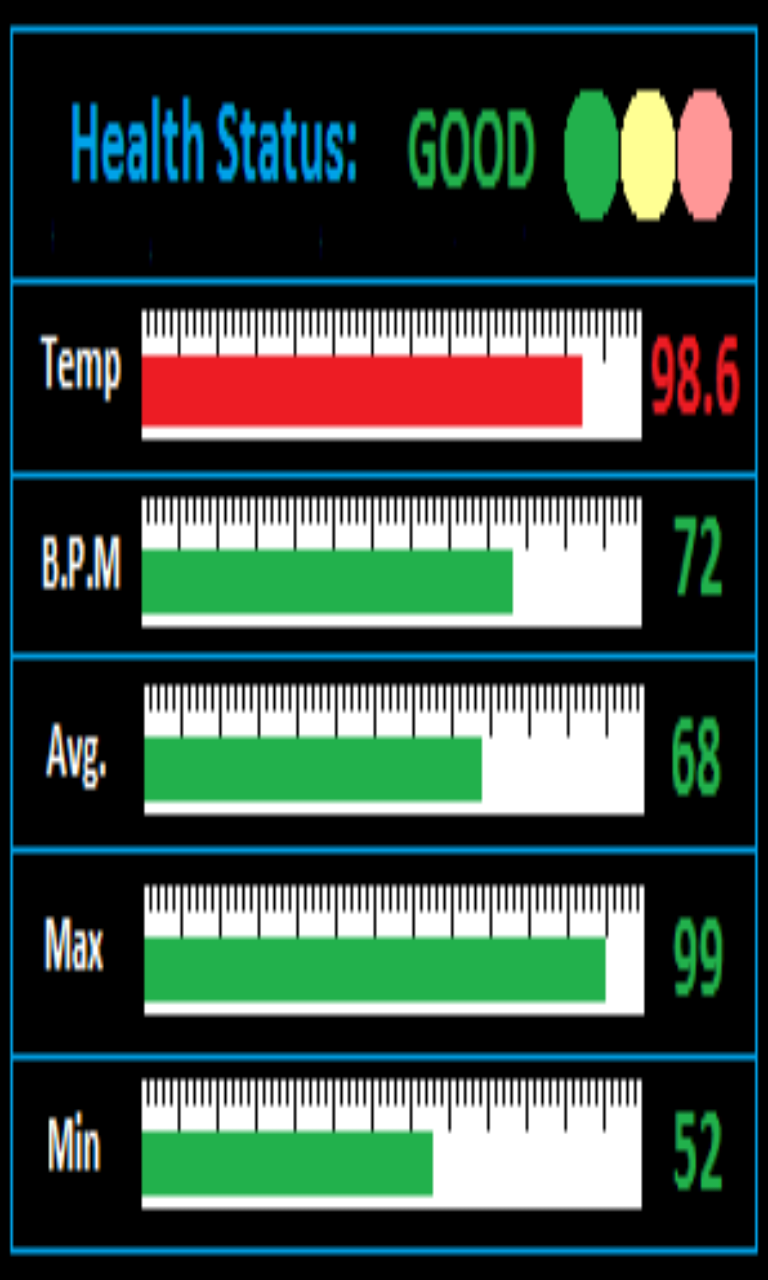
Repository: sjbrown4/BAN
Layout: HeartApp/HealthMonitor/res/layout/activity_main.xml
These files come from the project's save history. The layout is drawn as it stood at one moment and after the next save; the edit follows.
It is drawn on a 768 x 1280 px phone screen (xhdpi) without system bars, with theme AppTheme; the app's code is not run.

Above is the layout before, as saved 2014-10-20 01:47:55.

### HeartApp/HealthMonitor/res/layout/activity_main.xml
<RelativeLayout xmlns:android="http://schemas.android.com/apk/res/android"
    xmlns:tools="http://schemas.android.com/tools"
    android:background="@drawable/background"
    android:layout_width="match_parent"
    android:layout_height="match_parent"
    android:paddingBottom="@dimen/activity_vertical_margin"
    android:paddingLeft="@dimen/activity_horizontal_margin"
    android:paddingRight="@dimen/activity_horizontal_margin"
    android:paddingTop="@dimen/activity_vertical_margin"
    tools:context="com.Titan.healthmonitor.MainActivity">
</RelativeLayout>

Loaded but not shown: HeartApp/HealthMonitor/res/values/styles.xml (common file); HeartApp/HealthMonitor/res/values-v11/styles.xml (common file); HeartApp/HealthMonitor/res/values-v14/styles.xml (common file); HeartApp/HealthMonitor/res/values/dimens.xml (common file); HeartApp/HealthMonitor/res/values-w820dp/dimens.xml (common file)

After the next save:
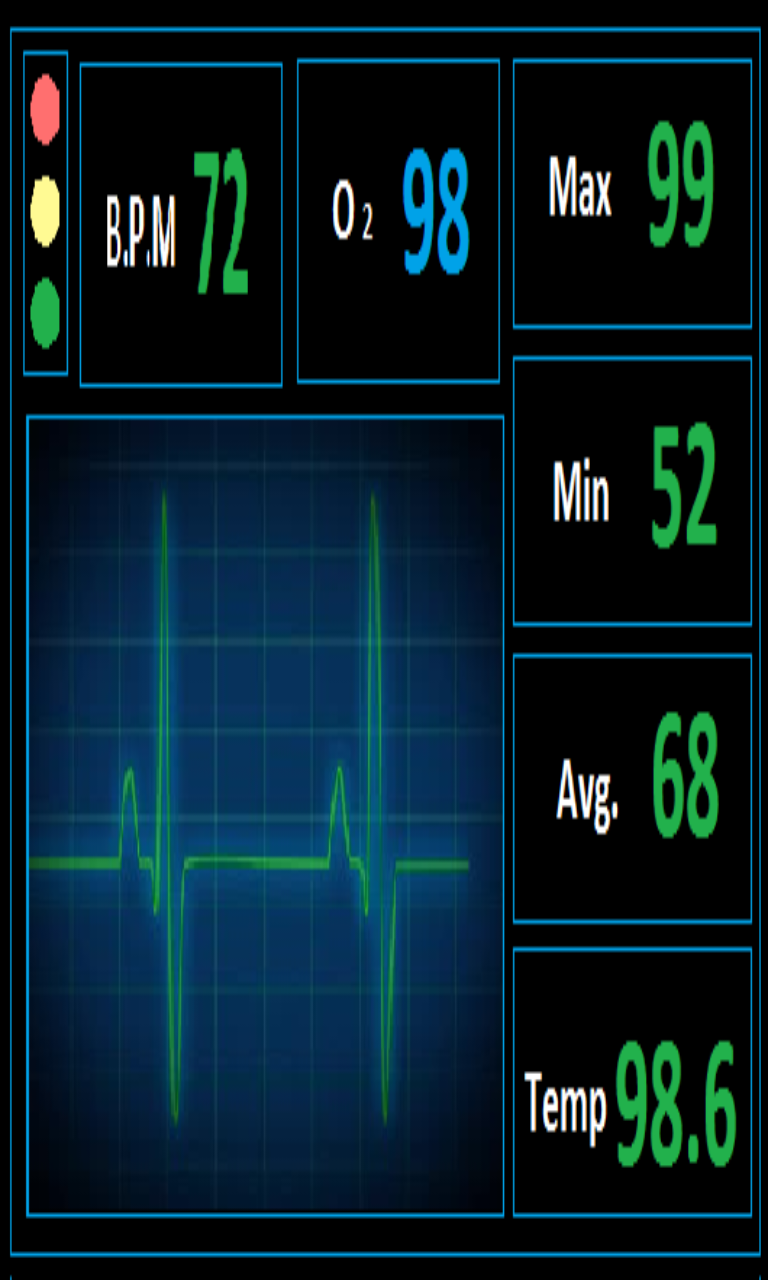
Saved 9 min 55 s later.
--- a/HeartApp/HealthMonitor/res/layout/activity_main.xml
+++ b/HeartApp/HealthMonitor/res/layout/activity_main.xml
@@ -1,6 +1,6 @@
 <RelativeLayout xmlns:android="http://schemas.android.com/apk/res/android"
     xmlns:tools="http://schemas.android.com/tools"
-    android:background="@drawable/background"
+    android:background="@drawable/mockup"
     android:layout_width="match_parent"
     android:layout_height="match_parent"
     android:paddingBottom="@dimen/activity_vertical_margin"
